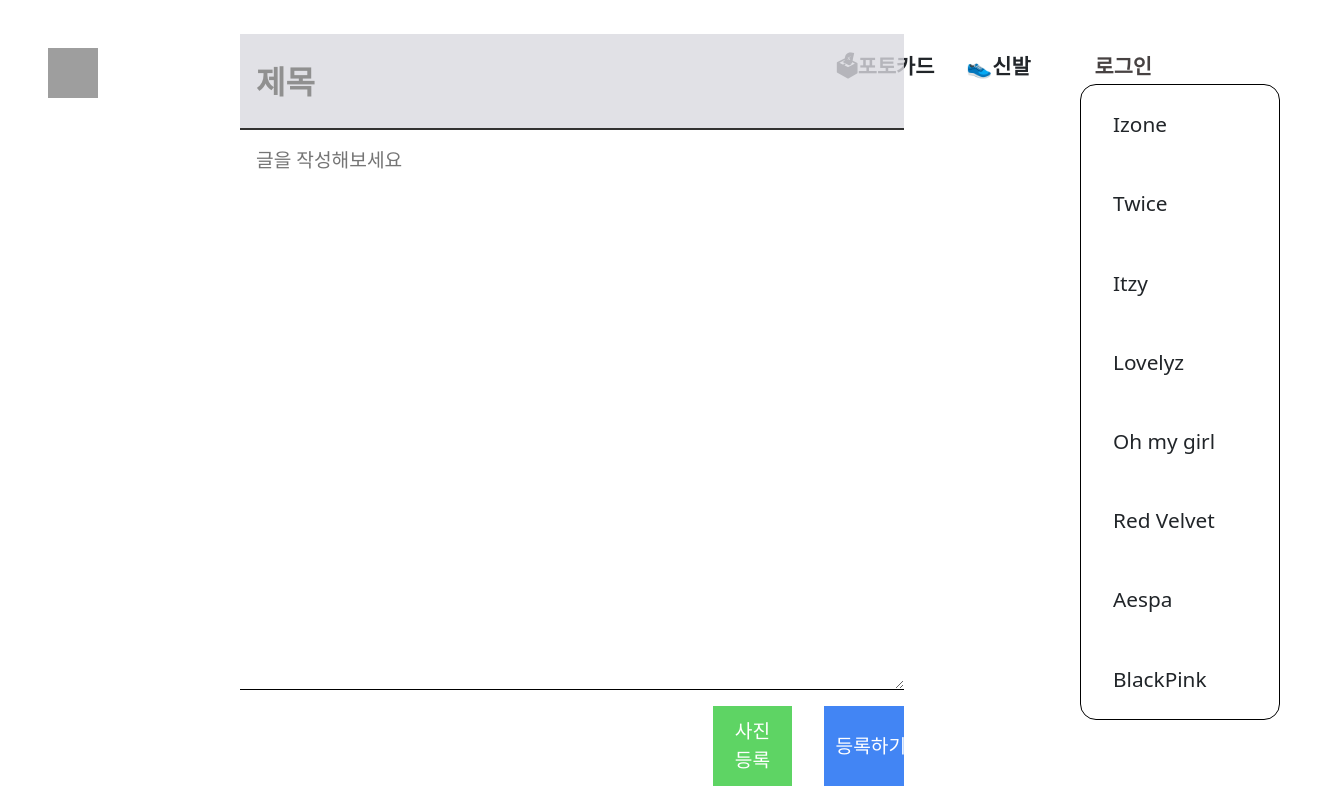
Repository: hwangstar156/goods-trader
Page: /write
An editor plug-in stored every save of this project. The page is shown before and after the next save, followed by the edit.
The browser window is 1280 px wide. The page is 1328 px wide, so the pictures cover 1328 px, including what lies to the right of the window. The pictures show the whole page.
Pictures or frames that could not be fetched are drawn as grey boxes. Some web libraries are served in a nearby version. The project was rebuilt for these pictures with package versions that can differ from the ones it lists, and the page was loaded fresh each time. Also part of the build but not shown: src/App.css, src/component/sign-up/sign-up.component.jsx, src/component/sign-in/sign-in.styles.scss, src/component/sign-in/sign-in.component.jsx, src/component/with-spinner/withSpinner.styles.scss, src/component/with-spinner/withSpinner.component.jsx, src/pages/userprofile/userprofile.styles.scss, src/pages/userprofile/userprofile.utils.js and 7 more.

Above is the page before, as saved 2021-09-05 17:10:24.

### public/index.html
<!DOCTYPE html>
<html lang="en">
  <head>
    <meta charset="utf-8" />
    <link rel="icon" href="%PUBLIC_URL%/favicon.ico" />
    <meta name="viewport" content="width=device-width, initial-scale=1" />
    <meta name="theme-color" content="#000000" />
    <meta
      name="description"
      content="Web site created using create-react-app"
    />
    <link rel="apple-touch-icon" href="%PUBLIC_URL%/logo192.png" />

    <link rel="manifest" href="%PUBLIC_URL%/manifest.json" />
    <script src="https://kit.fontawesome.com/08c91e1c0e.js" crossorigin="anonymous"></script>
    <title>Goods trader</title>
  </head>
  <body>
    <div id="root"></div>
  </body>
</html>

### src/index.js
import React from "react";
import ReactDOM from "react-dom";
import "./index.css";
import App from "./App";
import reportWebVitals from "./reportWebVitals";
import { BrowserRouter } from "react-router-dom";
import { PersistGate } from "redux-persist/integration/react";
import { store, persistor } from "./redux/store";
import { Provider } from "react-redux";
import "bootstrap/dist/css/bootstrap.min.css";
ReactDOM.render(
  <Provider store={store}>
    <BrowserRouter>
      <PersistGate persistor={persistor}>
        <App />
      </PersistGate>
    </BrowserRouter>
  </Provider>,

  document.getElementById("root")
);

// If you want to start measuring performance in your app, pass a function
// to log results (for example: reportWebVitals(console.log))
// or send to an analytics endpoint. Learn more: https://bit.ly/CRA-vitals
reportWebVitals();

### src/App.js
import "./App.css";
import { Switch, Route, Redirect } from "react-router-dom";
import SignUpPage from "./component/sign-up/sign-up.component";
import SignInPage from "./component/sign-in/sign-in.component";
import UserProfileContainer from "./pages/userprofile/userprofile.container";
import React, { useEffect } from "react";
import Header from "./component/header/header.component";
import HomePage from "./pages/homepage.component";
import { useDispatch, useSelector } from "react-redux";
import { selectCurrentUser } from "./redux/user/user.selector";
import { checkUserSession } from "./redux/user/user.action";
import WritePage from "./pages/write/write.pages";
const App = () => {
  const currentUser = useSelector(selectCurrentUser);
  const dispatch = useDispatch();

  useEffect(() => {
    dispatch(checkUserSession());
  }, [dispatch]);
  return (
    <>
      <Header />
      <Switch>
        <Route exact path="/" render={() => <HomePage />} />
        <Route exact path="/signup" component={SignUpPage} />
        <Route
          exact
          path="/signin"
          render={() => (currentUser ? <Redirect to="/" /> : <SignInPage />)}
        />
        <Route exact path="/profile" component={UserProfileContainer}></Route>
        <Route exact path="/write" component={WritePage}></Route>
      </Switch>
    </>
  );
};

export default App;

### src/redux/store.js
import { createStore, applyMiddleware } from "redux";
import logger from "redux-logger";
import { persistStore } from "redux-persist";
import rootReducer from "./root-redux";
import { composeWithDevTools } from "redux-devtools-extension";
import createSagaMiddleware from "redux-saga";
import rootSaga from "./root-saga";

const sagaMiddleware = createSagaMiddleware();
const middlewares = [logger, sagaMiddleware];

const store = createStore(
  rootReducer,
  composeWithDevTools(applyMiddleware(...middlewares))
);
sagaMiddleware.run(rootSaga);
const persistor = persistStore(store);

export { store, persistor };

### src/pages/userprofile/userprofile.container.jsx
import WithSpinner from "../../component/with-spinner/withSpinner.component";
import UserProfilePage from "./userprofile.pages";
import { compose } from "redux";
import { connect } from "react-redux";
import { createStructuredSelector } from "reselect";
import { selectUserFetching } from "../../redux/user/user.selector";

const mapStateToProps = createStructuredSelector({
  isLoading: selectUserFetching,
});

const UserProfileContainer = compose(
  connect(mapStateToProps),
  WithSpinner
)(UserProfilePage);

export default UserProfileContainer;

### src/component/header/header.component.jsx
import React from "react";
import ProfileIcon from "../userprofile/profileicon.component";
import { Link, useHistory } from "react-router-dom";
import "./header.styles.scss";
import { useSelector } from "react-redux";
import {
  selectCurrentUser,
  selectUserLoggedIn,
} from "../../redux/user/user.selector";

const Header = () => {
  const currentUser = useSelector(selectCurrentUser);
  const isLoggedIn = useSelector(selectUserLoggedIn);
  const history = useHistory();
  const handleLogoClick = () => {
    history.push("/");
  };

  return (
    <>
      <div className="header-container">
        <div className="logo" onClick={handleLogoClick}>
          <img
            src="https://www.freepnglogos.com/uploads/logo-website-png/logo-website-file-globe-icon-svg-wikimedia-commons-21.png"
            alt=""
            className="logo-img"
          />
        </div>
        <div className="header-element">
          {isLoggedIn ? (
            <Link className="header-write" to="/write">
              📝글쓰기
            </Link>
          ) : null}

          <div className="header-photocard">🗳포토카드</div>
          <div className="header-sneakers">👟신발</div>
          {currentUser ? (
            <ProfileIcon />
          ) : (
            <Link to="/signin" className="sign-in-btn">
              로그인
            </Link>
          )}
        </div>
      </div>
    </>
  );
};

export default Header;

### src/redux/user/user.selector.js
import { createSelector } from "reselect";

const selectUser = (state) => state.user;

export const selectCurrentUser = createSelector(
  [selectUser],
  (user) => user.currentUser
);

export const selectUserError = createSelector(
  [selectUser],
  (user) => user.error
);

export const selectUserFetching = createSelector(
  [selectUser],
  (user) => user.isFetching
);

export const selectUserLoggedIn = createSelector(
  [selectUser],
  (user) => user.isLoggedIn
);

### src/redux/user/user.action.js
import { UserActionTypes } from "./user.types";

export const googleSignInStart = () => ({
  type: UserActionTypes.GOOGLE_SIGN_IN_START,
});

export const emailSignInStart = (emailAndPassword) => ({
  type: UserActionTypes.EMAIL_SIGN_IN_START,
  payload: emailAndPassword,
});

export const signInSuccess = (user) => ({
  type: UserActionTypes.SIGN_IN_SUCCESS,
  payload: user,
});

export const signInFailure = (err) => ({
  type: UserActionTypes.SIGN_IN_FAILURE,
  payload: err,
});

export const checkUserSession = () => ({
  type: UserActionTypes.CHECK_USER_SESSION,
});

export const signOutStart = () => ({
  type: UserActionTypes.SIGN_OUT_START,
});

export const signOutSuccess = () => ({
  type: UserActionTypes.SIGN_OUT_SUCCESS,
});

export const signOutFailure = (err) => ({
  type: UserActionTypes.SIGN_OUT_FAILURE,
  payload: err,
});

export const signUpStart = (userObj) => ({
  type: UserActionTypes.SIGN_UP_START,
  payload: userObj,
});

export const signUpSuccess = ({ user, additionalData }) => ({
  type: UserActionTypes.SIGN_UP_SUCCESS,
  payload: { user, additionalData },
});

export const signUpFailure = (err) => ({
  type: UserActionTypes.SIGN_UP_FAILURE,
  payload: err,
});

export const refreshUserStart = () => ({
  type: UserActionTypes.REFRESH_USER_START,
});

export const refreshUserSuccess = (user) => ({
  type: UserActionTypes.REFRESH_USER_SUCCESS,
  payload: user,
});

export const refreshUserFailure = (err) => ({
  type: UserActionTypes.REFRESH_USER_FAILURE,
  payload: err,
});

### src/pages/write/write.pages.jsx
import React from "react";
import { useState } from "react";
import { useSelector } from "react-redux";
import { firestore, storageRef } from "../../firebase/firebase.utils";
import { selectCurrentUser } from "../../redux/user/user.selector";
import { v4 as uuidv4 } from "uuid";
import { useRef } from "react";
import MenuAside from "../../component/menu-aside/menu-aside.component";
import "github-markdown-css";
import "./write.styles.scss";
const WritePage = () => {
  const imgRef = useRef(null);
  const currentUser = useSelector(selectCurrentUser);
  const [text, setText] = useState({
    headText: "",
    mainText: "",
  });
  const [file, setFile] = useState("");
  const { headText, mainText } = text;

  const onSubmit = async (e) => {
    e.preventDefault();
    let fileUrl = "";
    const fileRef = storageRef.child(`${currentUser.id}/${uuidv4()}`);
    const responce = await fileRef.put(file);
    console.log(responce);
    responce.ref.getDownloadURL().then((url) => {
      fileUrl = url;
      imgRef.current.src = url;
    });

    const writing = {
      headText,
      mainText,
      createAt: Date.now(),
      fileUrl,
    };
    firestore.collection("writings").add(writing);
    setFile("");
    setText({
      ...text,
      headText: "",
      mainText: "",
    });
  };

  const onChangeTextInput = (e) => {
    const name = e.target.name;
    setText({
      ...text,
      [name]: e.target.value,
    });
  };

  const onChangeFiles = (e) => {
    const theFile = e.target.files[0];
    if (!theFile) {
      return;
    }
    if (!theFile.type.match(/image.*/)) {
      return;
    }
    setFile(theFile);
  };

  return (
    <div className="write-container">
      <form onSubmit={onSubmit} className="inputs-form">
        <input
          type="text"
          name="headText"
          className="head-input"
          value={headText}
          placeholder="제목"
          onChange={onChangeTextInput}
        />
        <textarea
          type="text"
          placeholder="글을 작성해보세요"
          className="main-input"
          name="mainText"
          value={mainText}
          onChange={onChangeTextInput}
        />
        <input
          type="file"
          accept="image/*"
          onChange={onChangeFiles}
          className="file-input"
        />
        <footer className="footer-element">
          <button type="button" className="file-btn">
            사진 등록
          </button>
          <input type="submit" className="submit-btn" value="등록하기" />
        </footer>
      </form>
      <MenuAside className="menu-aside" />
      <div className="image-preview">
        <img src="" alt="" ref={imgRef} />
      </div>
    </div>
  );
};

export default WritePage;

### src/redux/root-redux.js
import { combineReducers } from "redux";
import { persistReducer } from "redux-persist";
import storage from "redux-persist/lib/storage";
import idolReducer from "./idol/idol.reducer";
import userReducer from "./user/user.reducer";
const persistConfig = {
  key: "root",
  storage,
  whitelist: ["cart"],
};

const rootReducer = combineReducers({
  user: userReducer,
  idol: idolReducer,
});

export default persistReducer(persistConfig, rootReducer);

### src/redux/root-saga.js
import { all, call } from "redux-saga/effects";
import { userSagas } from "./user/user.saga";
export default function* rootSaga() {
  yield all([call(userSagas)]);
}

### src/component/sign-up/sign-up.styles.scss
@import url("https://fonts.googleapis.com/css2?family=Poppins&display=swap");
@import url("https://fonts.googleapis.com/css2?family=Jua&display=swap");

* {
  box-sizing: content-box;
  margin: 0;
}
.sign-up-page {
  width: 100%;
  height: 100vh;
  font-family: "Jua", sans-serif;
  & .form-input {
    display: flex;
    flex-direction: column;
    width: 35%;
    justify-content: center;
    margin: 0 auto;
    margin-top: 4rem;
    background-color: skyblue;
    padding: 3rem;
    border-radius: 1rem;

    & h3 {
      font-size: 2rem;
      text-align: center;
      color: black;
    }

    & .sign-up-input {
      margin-top: 2rem;
      height: 3rem;
      background-color: lightgray;
      border: 1px solid black;
      border-radius: 0.5rem;
      font-size: 1rem;
      letter-spacing: 0.1rem;
      padding-left: 1rem;
      &::placeholder {
        letter-spacing: normal;
        font-size: 80%;
        opacity: 1;
      }
    }
  }

  & .sign-up-title {
    display: flex;
    font-style: italic;
    padding-top: 3rem;
    font-size: 3em;

    color: tomato;
    justify-content: center;

    & strong {
      color: blue;
    }
  }

  & .submit-btn {
    width: 20%;
    margin: 4rem auto 0 auto;
    padding: 1rem;
    border-radius: 1.5rem;
    border: transparent;
    background-color: #4285f4;
    color: white;
    font-size: 1rem;

    &:hover {
      cursor: pointer;
      background-color: #357ae8;
    }
  }
}

### src/component/header/header.styles.scss
@import url("https://fonts.googleapis.com/css2?family=Jua&display=swap");

.header-container {
  display: flex;
  position: relative;
  left: 3rem;
  top: 3rem;
  & .logo-img {
    width: 50px;
    height: 50px;
    cursor: pointer;
  }

  & .header-element {
    display: flex;
    position: absolute;
    right: 11rem;
    font-size: 1.3rem;
    line-height: 40px;
    font-weight: 600;
    font-family: "Jua", sans-serif;

    & .header-write {
      text-decoration: none;
      color: rgb(71, 66, 66);
    }

    & .sign-in-btn {
      text-decoration: none;
      color: rgb(71, 66, 66);
    }
    & .header-write {
      margin-right: 2rem;
    }

    & .header-photocard {
      margin-right: 2rem;
    }

    & .header-sneakers {
      margin-right: 4rem;
    }
  }
}

### src/redux/user/user.types.js
export const UserActionTypes = {
  GOOGLE_SIGN_IN_START: "GOOGLE_SIGN_IN_START",
  EMAIL_SIGN_IN_START: "EMAIL_SIGN_IN_START",
  SIGN_IN_SUCCESS: "SIGN_IN_SUCCESS",
  SIGN_IN_FAILURE: "SIGN_IN_FAILURE",
  CHECK_USER_SESSION: "CHECK_USER_SESSION",
  SIGN_OUT_START: "SIGN_OUT_START",
  SIGN_OUT_SUCCESS: "SIGN_OUT_SUCCESS",
  SIGN_OUT_FAILURE: "SIGN_OUT_FAILURE",
  SIGN_UP_START: "SIGN_UP_START",
  SIGN_UP_SUCCESS: "SIGN_UP_SUCCESS",
  SIGN_UP_FAILURE: "SIGN_UP_FAILURE",
  CHANGE_USER_IMAGE: "CHANGE_USER_IMAGE",
  REFRESH_USER_START: "REFRESH_USER_START",
  REFRESH_USER_SUCCESS: "REFRESH_USER_REFRESH_USER_SUCCESS",
  REFRESH_USER_FAILURE: "REFRESH_USER_FAILURE",
};

### src/component/menu-aside/menu-aside.component.jsx
import React from "react";
import "./menu-aside.styles.scss";
const MenuAside = () => {
  return (
    <aside>
      <ul className="menu-aside">
        <li>Izone</li>
        <li>Twice</li>
        <li>Itzy</li>
        <li>Lovelyz</li>
        <li>Oh my girl</li>
        <li>Red Velvet</li>
        <li>Aespa</li>
        <li>BlackPink</li>
      </ul>
    </aside>
  );
};

export default MenuAside;

### src/pages/write/write.styles.scss
.write-container {
  height: 100vh;
  display: flex;
  justify-content: center;
  align-items: center;



  & .inputs-form {
    display: flex;
    flex-direction: column;
    margin-left: 15rem;
    margin-right: 6rem;
    width: 900px;
    & .head-input {
      height: 6rem;
      border: none;
      border-bottom: 2px solid black;
      background-color: rgb(218, 218, 224);
      opacity: 0.8;
      padding-left: 1rem;
      font-weight: 600;
      font-size: 2rem;
      &:focus {
        outline: none;
      }
    }

    & .main-input {
      border: none;
      border-bottom: 1px solid black;
      height: 35rem;
      padding: 1rem 0 0 1rem;
      font-size: 1.2rem;
      &:focus {
        outline: none;
      }
    }

     & .file-input{
         display: none;
     }
    & .footer-element{
        display: flex;
        & .file-btn{
            width: 12%;
            padding: 0.7rem;
            margin-left: auto;
            margin-top: 1rem;
            margin-right: 2rem;
            color: white;
            border: none;
            font-size: 1.2rem;
            background-color: #5ed464;
            &:hover{
                background-color: #45be4b;
            }
        }
        & .submit-btn{
            width: 12%;
            padding: 0.7rem;
            margin-top: 1rem;
            color: white;
            border: none;
            font-size: 1.2rem;
            background-color: #4285f4;
            &:hover{
                background-color: #357ae8;
            }
        }
    }
  }
}

### src/redux/idol/idol.reducer.js
import idolData from "./idol.data";
import IdolTypeActions from "./idol.type";
const idolReducer = (state = idolData, action) => {
  switch (action.type) {
    case IdolTypeActions.CHANGE_IMAGE_SIZE:
      return {
        ...state,
        imageUrl: action.payload,
      };
    default:
      return state;
  }
};

export default idolReducer;

### src/redux/user/user.reducer.js
import { UserActionTypes } from "./user.types";

const INITIAL_STATE = {
  currentUser: null,
  error: null,
  isFetching: true,
  isLoggedIn: false,
};

const userReducer = (state = INITIAL_STATE, action) => {
  switch (action.type) {
    case UserActionTypes.REFRESH_USER_START:
    case UserActionTypes.CHECK_USER_SESSION:
      return {
        ...state,
        isFetching: true,
      };
    case UserActionTypes.REFRESH_USER_SUCCESS:
    case UserActionTypes.SIGN_IN_SUCCESS:
      return {
        ...state,
        currentUser: action.payload,
        error: null,
        isFetching: false,
        isLoggedIn: true,
      };
    case UserActionTypes.SIGN_OUT_SUCCESS:
      return {
        ...state,
        currentUser: null,
        error: null,
        isLoggedIn: false,
      };
    case UserActionTypes.REFRESH_USER_FAILURE:
    case UserActionTypes.SIGN_IN_FAILURE:
    case UserActionTypes.SIGN_OUT_FAILURE:
    case UserActionTypes.SIGN_UP_FAILURE:
      return {
        ...state,
        error: action.payload,
      };
    default:
      return state;
  }
};

export default userReducer;

### src/component/menu-aside/menu-aside.styles.scss
.menu-aside {
    list-style: none;
    min-width: 200px;
    margin-left: 5rem;
    border-radius: 1rem;
    border: 1px solid black;
    padding-left: 0;

    & li {
        margin-left: 0;
      padding: 1.5rem 0 1.5rem 2rem;
      font-size: 1.3rem;
      border-radius: 1rem;
      &:hover{
          background-color: rgb(169, 169, 255);
          color: white;
        cursor:pointer;
      }
    }
  }

### src/redux/idol/idol.data.js
const idolData = {
  sections: [
    {
      title: "아이즈원",
      imageUrl:
        "https://data.ygosu.com/editor/attach/20190226/20190226183618_zltermyq.png",
      id: 1,
      linkUrl: "collection/izone",
    },
    {
      title: "트와이스",
      imageUrl: "https://pbs.twimg.com/media/Cy3Wj-5UAAAnKhC.jpg",
      id: 2,
      linkUrl: "collection/twice",
    },
    {
      title: "itzy",
      imageUrl: "https://t1.daumcdn.net/cfile/tistory/998490455C7ABBF703",
      id: 3,
      linkUrl: "collection/itzy",
    },
    {
      title: "러블리즈",
      imageUrl: "https://pbs.twimg.com/media/DNoNIHMUEAAQRai.jpg:large",
      id: 4,
      linkUrl: "collection/lovelyz",
    },
    {
      title: "오마이걸",
      imageUrl:
        "https://blog.kakaocdn.net/dn/tegj9/btqyuFpCiAj/KCKVi3ABV1KA1duQLSm1c1/img.jpg",
      id: 5,
      linkUrl: "collection/omygirl",
    },
    {
      title: "레드벨벳",
      imageUrl:
        "https://blog.kakaocdn.net/dn/bvtVxD/btqMfhWcXgE/anTtVfo6r12XiVNOLuhlkK/img.png",
      id: 6,
      linkUrl: "collection/redvelvet",
    },
    {
      title: "에스파",
      imageUrl: "https://pbs.twimg.com/media/Er64LL-VQAA708Y.jpg",
      id: 7,
      linkUrl: "collection/aespa",
    },
    {
      title: "블랙핑크",
      imageUrl:
        "https://www.wallpapertip.com/wmimgs/96-966442_blackpink-hd.jpg",
      id: 8,
      linkUrl: "collection/blackpink",
    },
  ],
};

export default idolData;

### src/redux/idol/idol.type.js
const IdolTypeActions = {
  CHANGE_IMAGE_SIZE: "CHANGE_IMAGE_SIZE",
};

export default IdolTypeActions;

### src/menu-item/menu-item.styles.scss
* {
  box-sizing: content-box;
  margin: 0;
}

.menu-item {
  overflow: hidden;
  min-width: 30%;
  &:hover {
    cursor: pointer;

    & .background-image {
      transform: scale(1.04);
      transition: transform 2s cubic-bezier(0.25, 0.45, 0.45, 0.95);

      & .content {
        opacity: 0.9;
      }
    }
  }
  & .background-image {
    position: relative;
    height: 700px;

    background-size: cover;
    background-repeat: no-repeat;
    background-position: center;

    & .content {
      position: absolute;
      width: 7.5rem;
      height: 7.5rem;
      display: flex;
      flex-direction: column;
      align-items: center;
      justify-content: center;
      border: 1px solid black;
      top: 50%;
      left: 50%;
      background-color: white;
      opacity: 0.7;
      transform: translate(-50%, -50%);
      border-radius: 0.5rem;
      & .title {
        font-weight: bold;
        margin: 0 3px 0;
        font-size: 20px;
        color: #4a4a4a;
        font-family: sans-serif;
      }
    }
  }
}

### src/redux/idol/idol.selector.js
import { createSelector } from "reselect";

const selectIdol = (state) => state.idol;

export const selectIdols = createSelector(
  [selectIdol],
  (idol) => idol.sections
);

Loaded but not shown: src/index.css (common file); src/reportWebVitals.js (common file); src/redux/user/user.saga.js (119 lines, source omitted); src/firebase/firebase.utils.js (87 lines, source omitted)

After the next save:
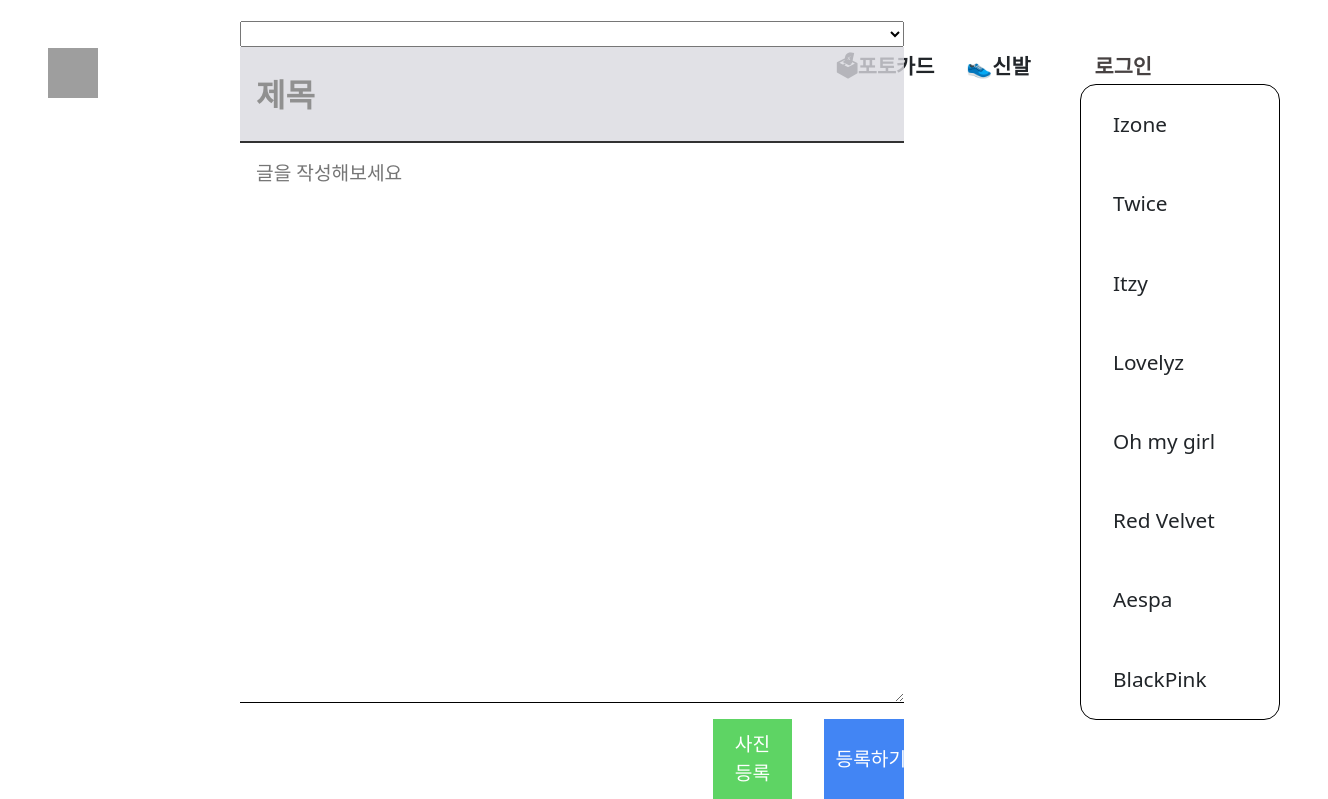
Saved 2 min 9 s later.
--- a/src/pages/write/write.pages.jsx
+++ b/src/pages/write/write.pages.jsx
@@ -8,9 +8,11 @@ import { useRef } from "react";
 import MenuAside from "../../component/menu-aside/menu-aside.component";
 import "github-markdown-css";
 import "./write.styles.scss";
+import { selectIdols } from "../../redux/idol/idol.selector";
 const WritePage = () => {
   const imgRef = useRef(null);
   const currentUser = useSelector(selectCurrentUser);
+  const idolCollection = useSelector(selectIdols);
   const [text, setText] = useState({
     headText: "",
     mainText: "",
@@ -23,6 +25,7 @@ const WritePage = () => {
     let fileUrl = "";
     const fileRef = storageRef.child(`${currentUser.id}/${uuidv4()}`);
     const responce = await fileRef.put(file);
+
     console.log(responce);
     responce.ref.getDownloadURL().then((url) => {
       fileUrl = url;
@@ -66,6 +69,9 @@ const WritePage = () => {
   return (
     <div className="write-container">
       <form onSubmit={onSubmit} className="inputs-form">
+        <select name="" id="select-collection">
+          {}
+        </select>
         <input
           type="text"
           name="headText"
